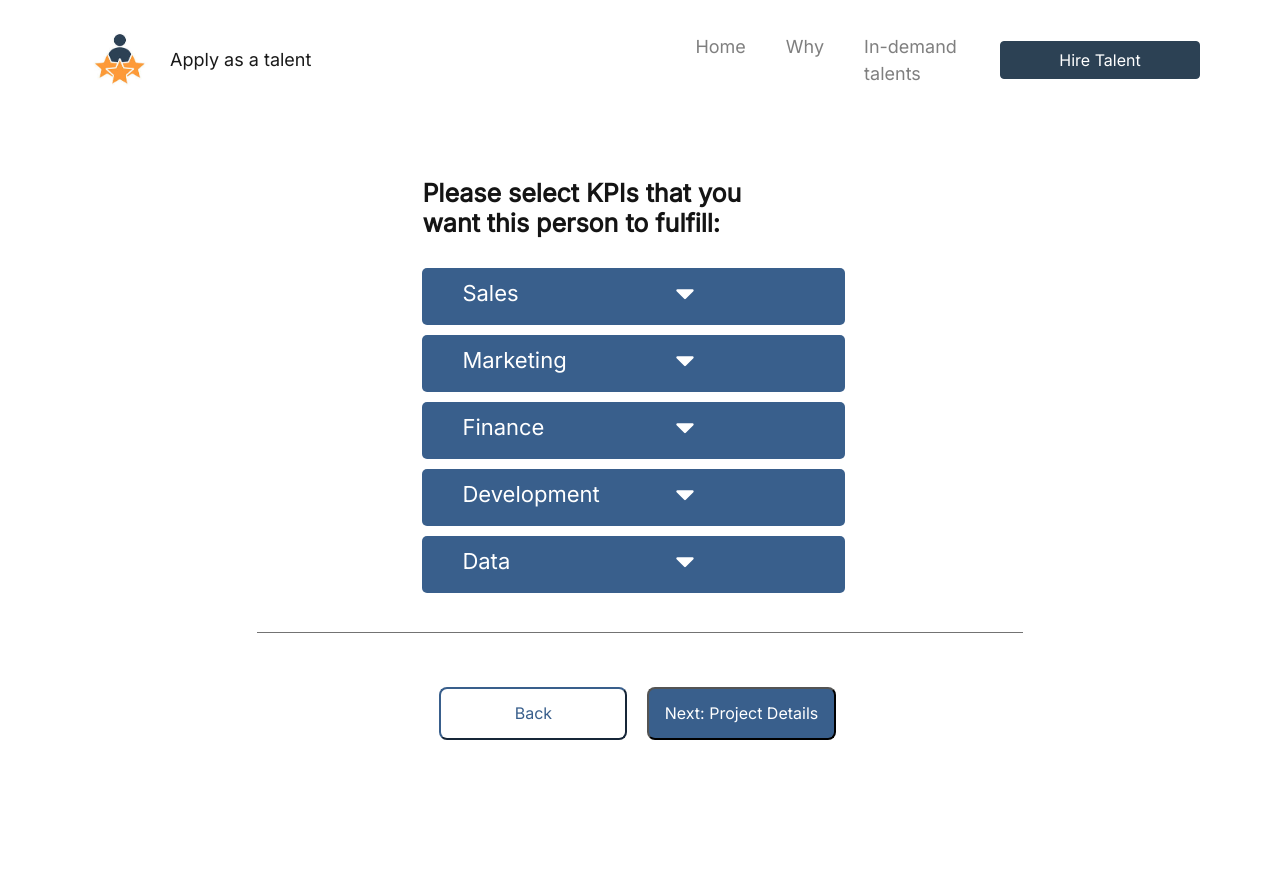
Repository: Ashwe9/talent-hire-reactJs
Page: /kpis
The author's editor kept a copy of each file at every save. The page is drawn from the files as they stood at one save, then again after a run of saves.
The browser window is 1280 px wide. The pictures show the whole page.
The project was rebuilt for these pictures with package versions that can differ from the ones it lists, and the page was loaded fresh each time. A package was used in the major version that the imports need, not the one package.json lists. Also part of the build but not shown: src/homePage/components/TrustedBy/TrustedBy.css, src/homePage/components/TrustedBy/TrustedBy.js, src/homePage/components/Roles/Roles.css, src/homePage/components/Roles/Roles.js, src/homePage/components/homePageFooter/HomePageFooter.css, src/homePage/components/homePageFooter/HomePageFooter.js, src/homePage/HomePage.js, src/kpisPage/Talents.css and 2 more.

Above is the page before, as saved 2022-08-18 18:10:52.

After the next 2 saves:
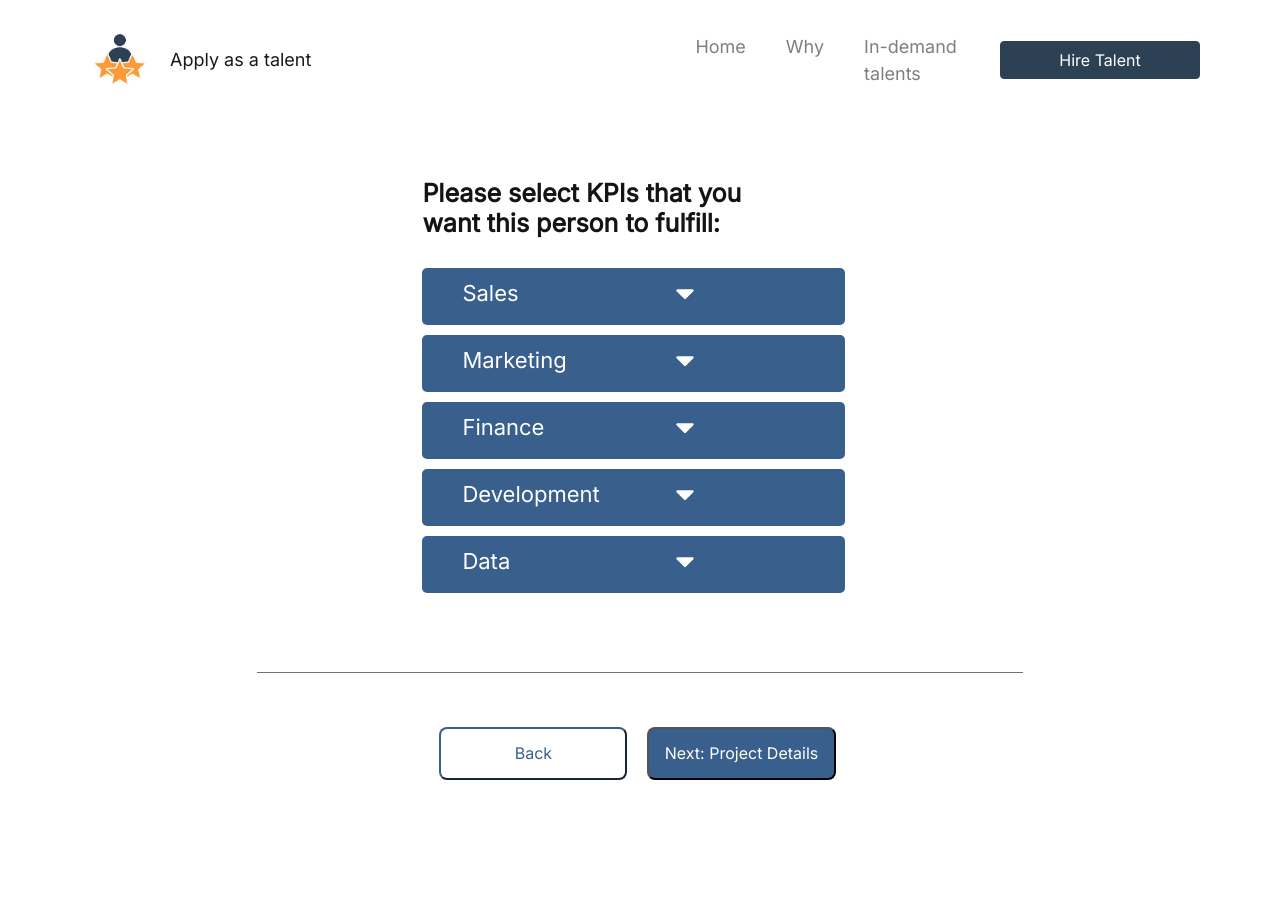
The 2 saves are shown as one change because they came seconds apart.
The last was saved 9 s later.
--- a/src/shared-components/Footer/Footer.css
+++ b/src/shared-components/Footer/Footer.css
@@ -4,7 +4,7 @@
 }
 
 .Footer-box{
-    margin-top: 10px;
+    margin-top: 50px;
     padding: 1%;
 }
 
